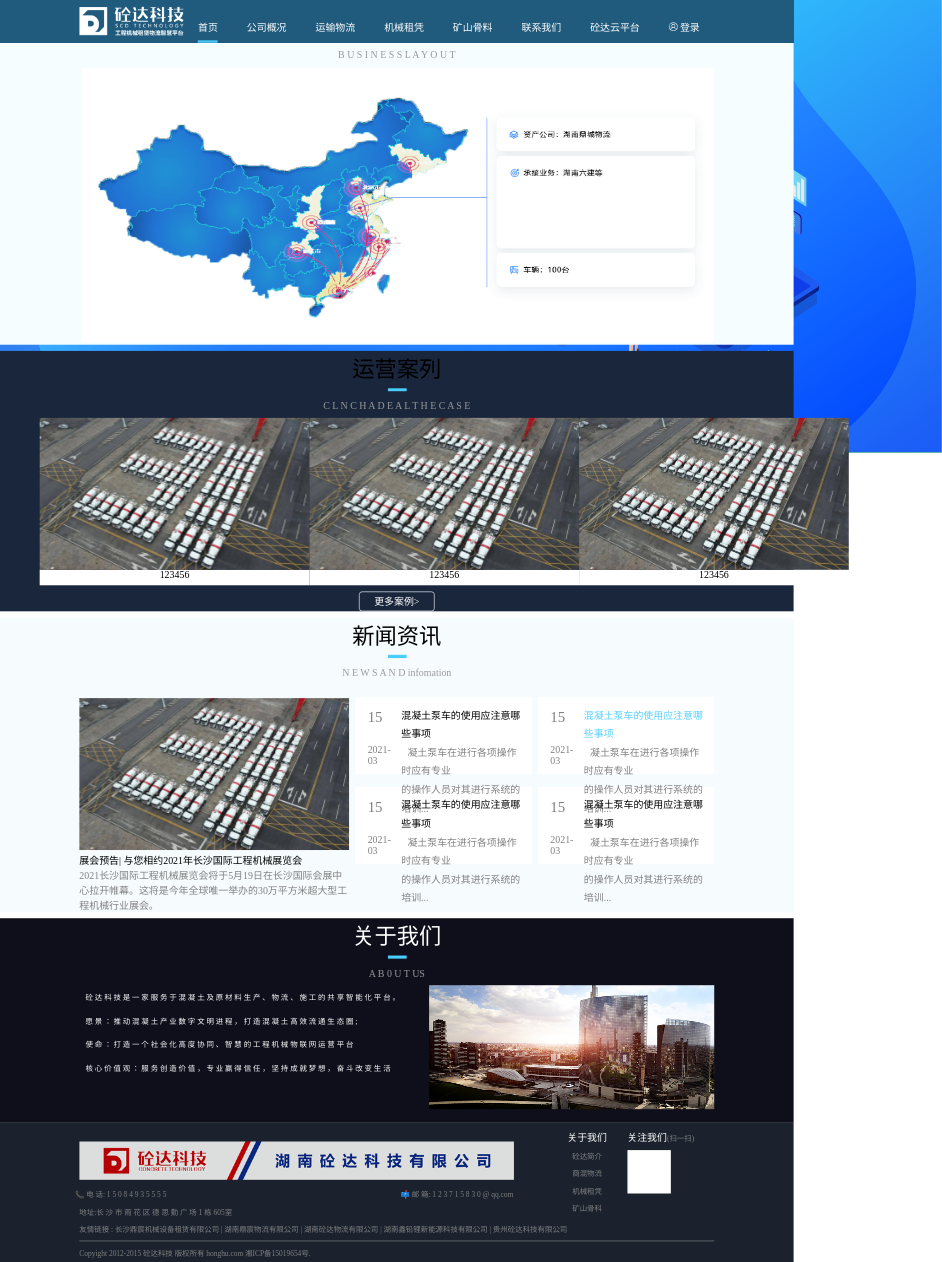
Repository: nzrdjdj/nzrdjdj.github.io
Page: index.html
These files come from the project's save history. The page is drawn as it stood at one moment and after the next save; the edit follows.
The browser window is 1280 px wide. The page is 1519 px wide, then 1369 px, then 1519 px, so the pictures cover 1519 px, including what lies to the right of the window. The pictures show the whole page, at 62% of full size.

Above is the page before, as saved 2021-10-09 10:13:51.
Console error: TypeError: Cannot read properties of null (reading 'children')

### index.html
<!DOCTYPE html>
<html lang="en">

<head>
    <meta charset="UTF-8">
    <meta http-equiv="X-UA-Compatible" content="IE=edge">
    <meta name="viewport" content="width=device-width, initial-scale=1.0">
    <title>首页</title>
    <link rel="stylesheet" href="./css/index.css">
    <link rel="stylesheet" href="./css/lunbo.css">

</head>

<body>
    <div class="all">
        <div class="head">
            <div class="lunbox">
                <div class="lunbo1" id="lonzun">
                    <img style="display: block;" src="./images/slider/bg1.png" alt="">
                    <img src="./images/slider/bg3.jpg" />
                    <img src="./images/slider/bg2.jpg" />
                </div>
                <!-- <img src="./images/slider/bg1.png" />
                <img src="./images/slider/bg3.jpg" />
                <img src="./images/slider/bg2.jpg" /> -->
            </div>
            <div class="head-title">
                <div class="head-nav">
                    <div class="left">
                        <image class="" src="./images/logo.png" mode="widthFix" />
                    </div>
                    <div class="right">
                        <div class="hover">首页</div>
                        <div>公司概况</div>
                        <div>运输物流</div>
                        <div>机械租凭</div>
                        <div>矿山骨料</div>
                        <div>联系我们</div>
                        <div>砼达云平台</div>
                        <div>
                            <image class="" src="./images/dl.png" "/>
                            登录
                        </div>
                    </div>
                </div>
            </div>
        </div>
        <div class=" main">
                                <!-- 业务 -->
                                <div class="firstmain">
                                    <div class="firstmain-info">业务布局</div>
                                    <div class="first-border">
                                        <image class="" src="./images/partners/bar.png" />
                                    </div>
                                    <div class="colorstyle">B U S I N E S S L A Y O U T</div>
                                    <div class="main-img">
                                        <image style="width: 80%;margin-top: 10px;" src="./images/partners/map.png"
                                            mode="widthFix" />
                                    </div>
                                </div>
                                <!-- 运营 -->
                                <div class="mainCenter">
                                    <div class="firstmain-info">运营案列</div>
                                    <div class="first-border">
                                        <image class="" src="./images/partners/bar.png" />
                                    </div>
                                    <div class="colorstyle">C L N C H A D E A L T H E C A S E</div>
                                    <div class="pgimg">
                                        <div class="img">
                                            <div class="yui">
                                                <image style="width: 435px;height: 245px;"
                                                    src="./images/partners/car2.png" />
                                                <div class="zzhao">
                                                    <div>查看案例详情</div>
                                                </div>
                                            </div>
                                            <div class="icon">123456</div>
                                        </div>
                                        <div class="img">
                                            <div class="yui">
                                                <image style="width: 435px;height: 245px;"
                                                    src="./images/partners/car2.png" />
                                                <div class="zzhao">
                                                    <div>查看案例详情</div>
                                                </div>
                                            </div>
                                            <div class="icon">123456</div>
                                        </div>
                                        <div class="img">
                                            <div class="yui">
                                                <image style="width: 435px;height: 245px;"
                                                    src="./images/partners/car2.png" />
                                                <div class="zzhao">
                                                    <div>查看案例详情</div>
                                                </div>
                                            </div>
                                            <div class="icon">123456</div>
                                        </div>
                                    </div>
                                    <div class="anli">
                                        <div>更多案例></div>
                                    </div>
                                </div>
                                <!-- 新闻资讯 -->
                                <div class="ctenrnew">
                                    <div class="xinwen">
                                        <div class="firstmain-info">新闻资讯</div>
                                        <div class="first-border">
                                            <image class="" src="./images/partners/bar.png" />
                                        </div>
                                        <div class="colorstyle">N E W S A N D infomation</div>
                                    </div>
                                    <div class="news">
                                        <div style="    padding-top: 22px;">
                                            <div>
                                                <image style="width: 435px;height: 245px;"
                                                    src="./images/partners/car2.png" />
                                            </div>
                                            <div style="width: 435px;">
                                                展会预告| 与您相约2021年长沙国际工程机械展览会<br>
                                                <span
                                                    style="color: gray;">2021长沙国际工程机械展览会将于5月19日在长沙国际会展中心拉开帷幕。这将是今年全球唯一举办的30万平方米超大型工程机械行业展会。</span>
                                            </div>
                                        </div>
                                        <div>
                                            <div
                                                style="height: 125px; margin-top: 20px; background-color: #fff;margin-left:10px;">
                                                <div style="display: flex;">
                                                    <div style="margin-left: 20px; margin-top: 20px;">
                                                        <div style="color: gray;font-size: 24px;">15</div>
                                                        <div style="color: gray;margin-top: 30px;">2021-03</div>
                                                    </div>
                                                    <div style="padding: 15px; line-height: 30px;">
                                                        <div>混凝土泵车的使用应注意哪些事项</div>
                                                        <span
                                                            style="color: gray;margin-top: 30px;padding-top: 20px; margin-left: 10px;">凝土泵车在进行各项操作时应有专业<br>的操作人员对其进行系统的培训...</span>
                                                    </div>
                                                </div>
                                            </div>
                                            <div
                                                style="height: 125px; margin-top: 20px; background-color: #fff;margin-left:10px;">
                                                <div style="display: flex;">
                                                    <div style="margin-left: 20px; margin-top: 20px;">
                                                        <div style="color: gray;font-size: 24px;">15</div>
                                                        <div style="color: gray;margin-top: 30px;">2021-03</div>
                                                    </div>
                                                    <div style="padding: 15px; line-height: 30px;">
                                                        <div>混凝土泵车的使用应注意哪些事项</div>
                                                        <span
                                                            style="color: gray;margin-top: 30px;padding-top: 20px; margin-left: 10px;">凝土泵车在进行各项操作时应有专业<br>的操作人员对其进行系统的培训...</span>
                                                    </div>
                                                </div>
                                            </div>
                                        </div>
                                        <div>
                                            <div
                                                style="height: 125px; margin-top: 20px; background-color: #fff;margin-left:10px;">
                                                <div style="display: flex;">
                                                    <div style="margin-left: 20px; margin-top: 20px;">
                                                        <div style="color: gray;font-size: 24px;">15</div>
                                                        <div style="color: gray;margin-top: 30px;">2021-03</div>
                                                    </div>
                                                    <div style="padding: 15px; line-height: 30px;">
                                                        <div style="color: #56CFFF;">混凝土泵车的使用应注意哪些事项</div>
                                                        <span
                                                            style="color: gray;margin-top: 30px;padding-top: 20px; margin-left: 10px;">凝土泵车在进行各项操作时应有专业<br>的操作人员对其进行系统的培训...</span>
                                                    </div>
                                                </div>
                                            </div>
                                            <div
                                                style="height: 125px; margin-top: 20px; background-color: #fff;margin-left:10px;">
                                                <div style="display: flex;">
                                                    <div style="margin-left: 20px; margin-top: 20px;">
                                                        <div style="color: gray;font-size: 24px;">15</div>
                                                        <div style="color: gray;margin-top: 30px;">2021-03</div>
                                                    </div>
                                                    <div style="padding: 15px; line-height: 30px;">
                                                        <div>混凝土泵车的使用应注意哪些事项</div>
                                                        <span
                                                            style="color: gray;margin-top: 30px;padding-top: 20px; margin-left: 10px;">凝土泵车在进行各项操作时应有专业<br>的操作人员对其进行系统的培训...</span>
                                                    </div>
                                                </div>
                                            </div>
                                        </div>
                                    </div>
                                </div>
                                <!-- 关于我们 -->
                                <div class="about">
                                    <div class="xinwen">
                                        <div class="ab">关于我们</div>
                                        <div class="first-border">
                                            <image class="" src="./images/partners/bar.png" />
                                        </div>
                                        <div class="colorstyle">A B 0 U T US</div>
                                    </div>
                                    <div class="aboutinfo">
                                        <div class="oneaboutinfo">
                                            <div style="padding-left:10px;"> 砼 达 科 技 是 一 家 服 务 于 混 凝 土 及 原 材 料 生 产 、 物 流
                                                、 施 工 的 共 享 智 能 化 平 台 。</div>
                                            <div>愿 景 ： 推 动 混 凝 土 产 业 数 字 文 明 进 程 ， 打 造 混 凝 土 高 效 流 通 生 态 圈 ; </div>
                                            <div>使 命 ： 打 造 一 个 社 会 化 高 度 协 同 、 智 慧 的 工 程 机 械 物 联 网 运 营 平 台 </div>
                                            <div> 核 心 价 值 观 ： 服 务 创 造 价 值 ， 专 业 赢 得 信 任 ， 坚 持 成 就 梦 想 ， 奋 斗 改 变 生 活
                                            </div>
                                        </div>
                                        <div>
                                            <image style="height:200px;width: 460px;" src="./images/partners/city.png"
                                                mode="widthFix" />
                                        </div>
                                    </div>
                                </div>
                        </div>
                    </div>
                    <div class="footer">
                        <div class="footerinfo">
                            <div class="left">
                                <div>
                                    <image style="margin-top: 30px;" src="./images/banner1.png" />
                                </div>
                                <div style="display: flex; justify-content: space-between;width: 700px;">
                                    <div style="margin-top: 10px; margin-left: -10px;">
                                        <image src="" />
                                        📞 电 话: 1 5 0 8 4 9 3 5 5 5 5
                                    </div>
                                    <div style="margin-top: 10px;">📫 邮 箱: 1 2 3 7 1 5 8 3 0 @ qq.com</div>
                                </div>
                                <div style="margin-top: 10px;">
                                    地址:长 沙 市 雨 花 区 德 思 勤 广 场 1 栋 605室
                                </div>
                                <div style="margin-top: 10px;">
                                    友情链接 : 长沙鼎宸机械设备租赁有限公司 | 湖南鼎宸物流有限公司 | 湖南砼达物流有限公司 | 湖南鑫铅锂新能源科技有限公司 | 贵州砼达科技有限公司
                                </div>
                            </div>
                            <div class="right">
                                <div style="text-align: center;">
                                    <div style="color: #fff;">关于我们</div>
                                    <div class="font">砼达简介</div>
                                    <div class="font">商混物流</div>
                                    <div class="font">机械租凭</div>
                                    <div class="font">矿山骨科</div>
                                </div>
                                <div>
                                    <div style="color: #fff;">关注我们<span
                                            style="color: gray;font-size: 12px;">(扫一扫)</span></div>
                                    <div class="ewm"></div>
                                </div>
                            </div>
                        </div>
                        <div class="last">
                            <div class="last-info font"></div>
                            <div class="font">Copyight 2012-2015 砼达科技 版权所有 honghu.com 湘ICP备15019654号.</div>
                        </div>
                    </div>
                    <script>
                        var nei = document.getElementById("lonzun").children;
// var left = document.getElementsByClassName("left")[0];
var lunbo = document.getElementsByClassName("lunbox")[0];
// var right = document.getElementsByClassName("right")[0];
var bu = document.getElementById("bu").children;
var index = 0
function str() {
    index++
    if (index >= 6) {
        index = 0;
    }
    main()
}

function main() {
    for (var i = 0; i < nei.length; i++) {
        nei[i].style.display = "none"
        bu[i].classList.remove("hei")
    }
    nei[index].style.display = "block"
    bu[index].classList.add("hei")
}

item = setInterval(str, 2000)
// 自动轮播
lunbox.onmouseover = function () {
    clearInterval(item)
}
lunbox.onmouseout = function () {
    item = setInterval(str, 2000)
}
                    </script>
</body>

</html>

Loaded but not shown: css/index.css (205 lines, source omitted); css/lunbo.css (9 lines, source omitted)

After the next save:
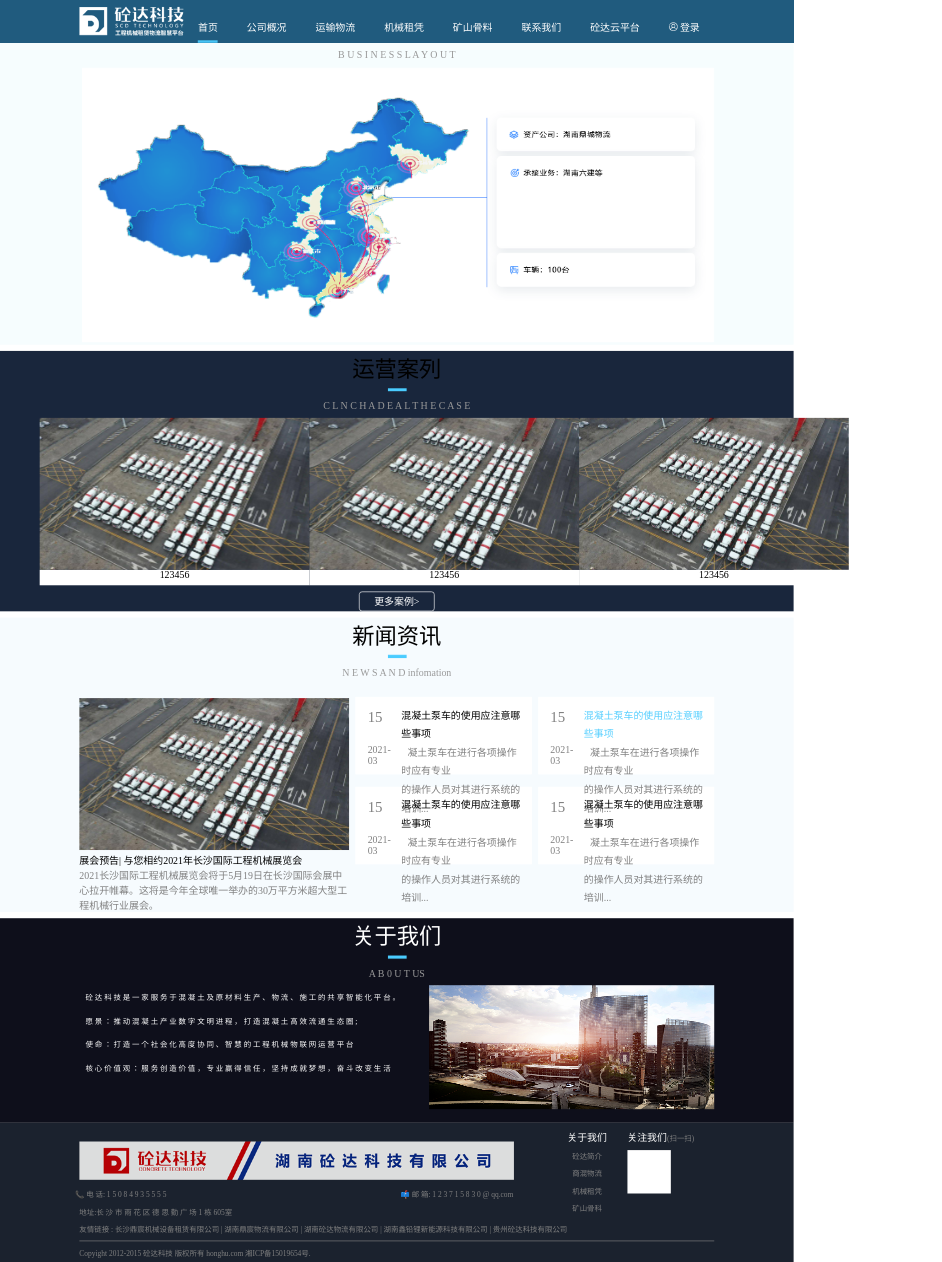
Console error: ReferenceError: lunbox is not defined
Saved 37 s later.
--- a/index.html
+++ b/index.html
@@ -255,7 +255,7 @@
 // var left = document.getElementsByClassName("left")[0];
 var lunbo = document.getElementsByClassName("lunbox")[0];
 // var right = document.getElementsByClassName("right")[0];
-var bu = document.getElementById("bu").children;
+// var bu = document.getElementById("bu").children;
 var index = 0
 function str() {
     index++

After the 4 saves that followed:
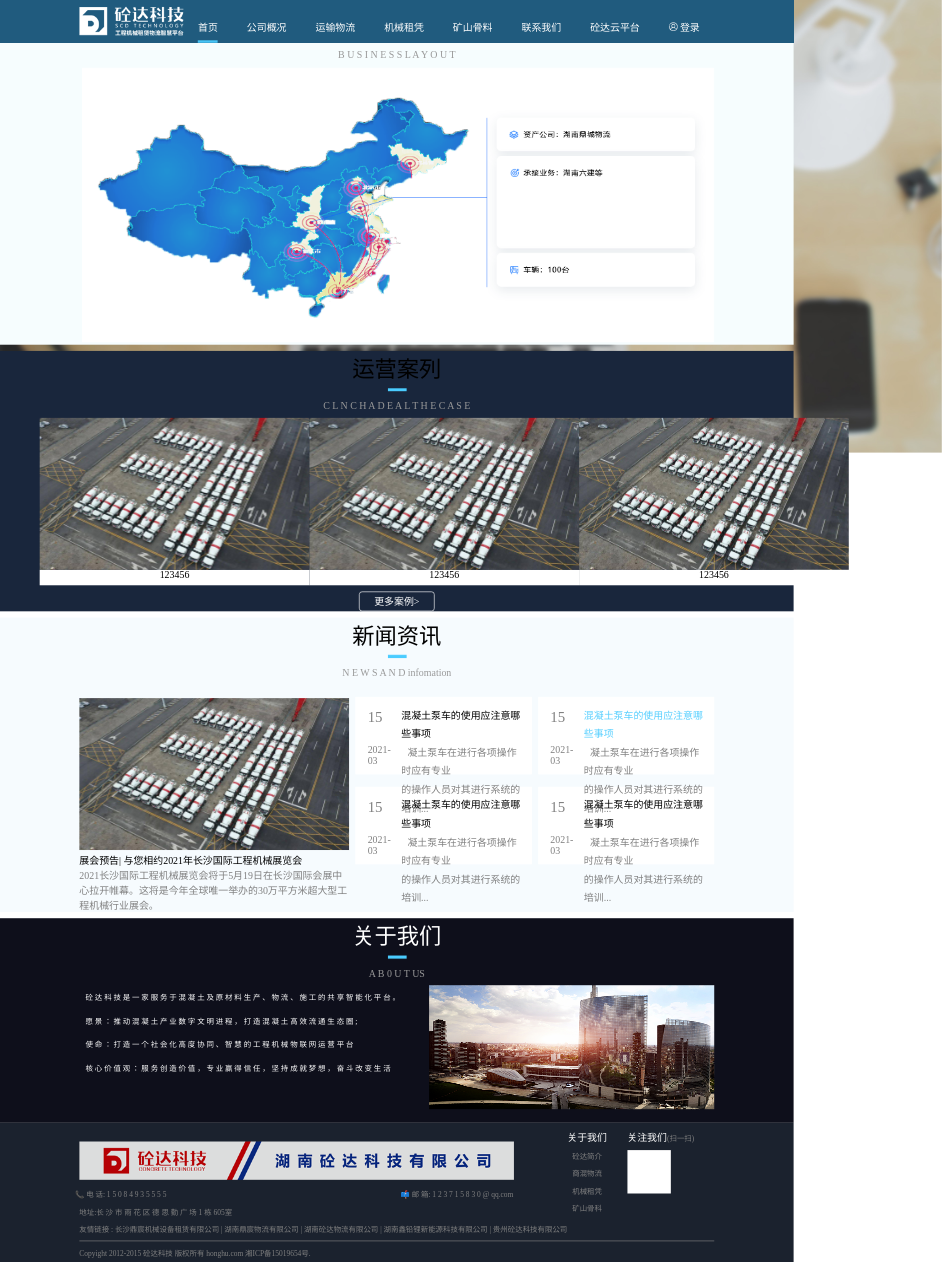
The error is gone.
The 4 saves are shown as one change because 1 left the picture as it was and some came seconds apart.
The last was saved 105 s later.
--- a/index.html
+++ b/index.html
@@ -252,36 +252,36 @@
                     </div>
                     <script>
                         var nei = document.getElementById("lonzun").children;
-// var left = document.getElementsByClassName("left")[0];
-var lunbo = document.getElementsByClassName("lunbox")[0];
-// var right = document.getElementsByClassName("right")[0];
-// var bu = document.getElementById("bu").children;
-var index = 0
-function str() {
-    index++
-    if (index >= 6) {
-        index = 0;
-    }
-    main()
-}
-
-function main() {
-    for (var i = 0; i < nei.length; i++) {
-        nei[i].style.display = "none"
-        bu[i].classList.remove("hei")
-    }
-    nei[index].style.display = "block"
-    bu[index].classList.add("hei")
-}
-
-item = setInterval(str, 2000)
-// 自动轮播
-lunbox.onmouseover = function () {
-    clearInterval(item)
-}
-lunbox.onmouseout = function () {
-    item = setInterval(str, 2000)
-}
+                        // var left = document.getElementsByClassName("left")[0];
+                        var lunbox = document.getElementsByClassName("lunbox")[0];
+                        // var right = document.getElementsByClassName("right")[0];
+                        // var bu = document.getElementById("bu").children;
+                        var index = 0
+                        function str() {
+                            index++
+                            if (index >= 6) {
+                                index = 0;
+                            }
+                            main()
+                        }
+
+                        function main() {
+                            for (var i = 0; i < nei.length; i++) {
+                                nei[i].style.display = "none"
+                                // bu[i].classList.remove("hei")
+                            }
+                            nei[index].style.display = "block"
+                            // bu[index].classList.add("hei")
+                        }
+
+                        item = setInterval(str, 2000)
+                        // 自动轮播
+                        lunbox.onmouseover = function () {
+                            clearInterval(item)
+                        }
+                        lunbox.onmouseout = function () {
+                            item = setInterval(str, 2000)
+                        }
                     </script>
 </body>
 
